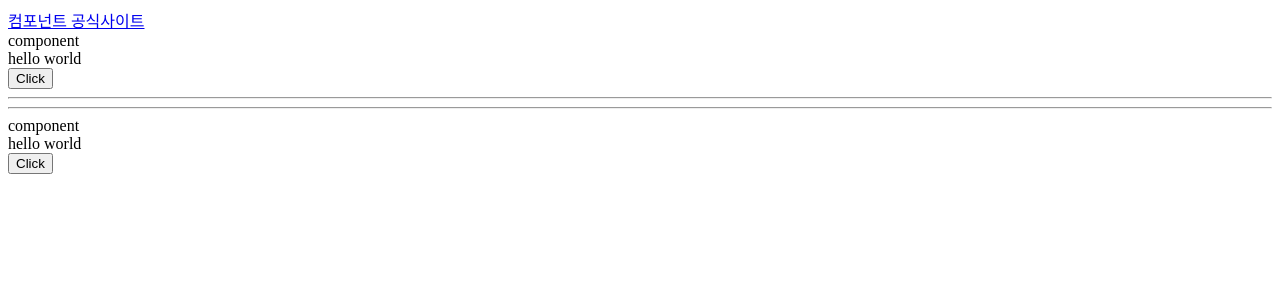
Repository: RyuGeunHwan/code_J
Page: Vuejs/22-08-10 vuejs Vue컴포넌트.html
These files come from the project's save history. The page is drawn as it stood at one moment and after the next save; the edit follows.
The browser window is 1280 px wide. The pictures show the whole page.

Above is the page before, as saved 2022-08-11 08:36:18.

After the next save:
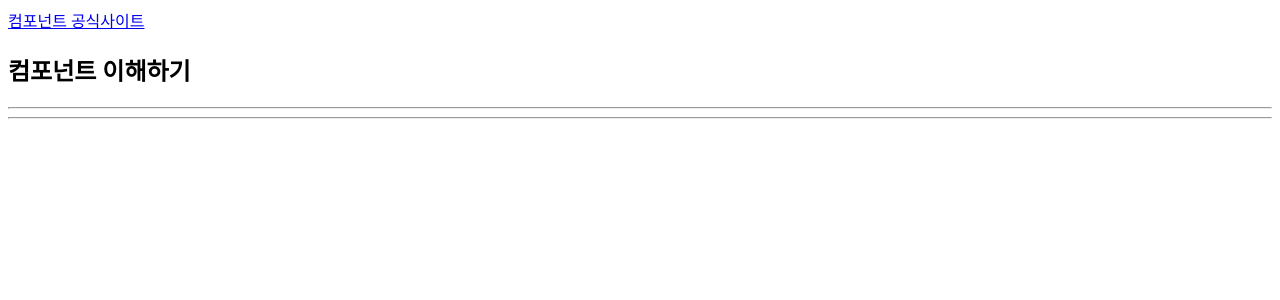
Console error: SyntaxError: Unexpected template string
Saved 16 min 37 s later.
--- a/Vuejs/22-08-10 vuejs Vue컴포넌트.html
+++ b/Vuejs/22-08-10 vuejs Vue컴포넌트.html
@@ -9,6 +9,10 @@
 </head>
 <body>
     <a href="https://kr.vuejs.org/v2/guide/components.html#%EC%A0%84%EC%97%AD-%EB%93%B1%EB%A1%9D">컴포넌트 공식사이트</a>
+    <div id="component">
+        <h2>컴포넌트 이해하기</h2>
+        <p></p>
+    </div>
     <div id="app">
         <!-- {{name}} <br>
          button을 누르게 되면 #app-1의 name인 app-1이 app updated로 바뀌게된다. Vue인스턴스를 변수에 넣어서 사용하였기 때문에.
@@ -63,6 +67,9 @@
         //     }
         // });
 
+        Vue.component('component',{
+            `<p></p>`
+        });
 
         // hello world 지역등록
         const HelloWorld = {

After the save that followed:
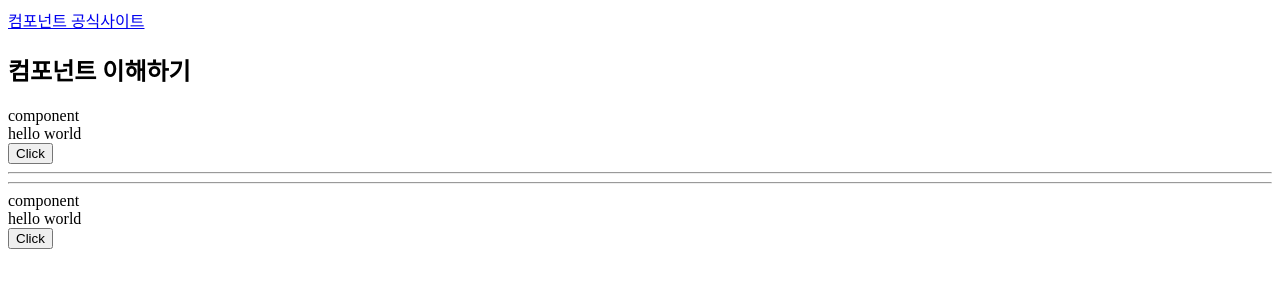
The error is gone.
Saved 2 min 55 s later.
--- a/Vuejs/22-08-10 vuejs Vue컴포넌트.html
+++ b/Vuejs/22-08-10 vuejs Vue컴포넌트.html
@@ -68,7 +68,16 @@
         // });
 
         Vue.component('component',{
-            `<p></p>`
+            template:
+            `<div><p>컴포넌트 전역으로 등록해서 이용하기</p><br>
+            {{componentExplanation}}
+            </div>`
+            ,
+            data(){
+                return{
+                    componentExplanation: '컴포넌트란 '
+                }
+            }
         });
 
         // hello world 지역등록
